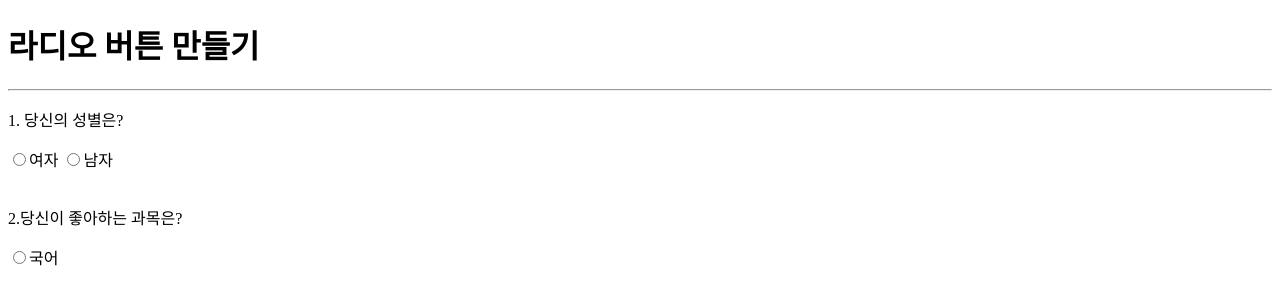
Repository: jp0301/WebStudy
Page: WebApp01/WebContent/Test023.html
The author's editor kept a copy of each file at every save. The page is drawn from the files as they stood at one save, then again after the next save.
The browser window is 1280 px wide. The pictures show the whole page.

Above is the page before, as saved 2022-09-27 06:23:48.

After the next save:
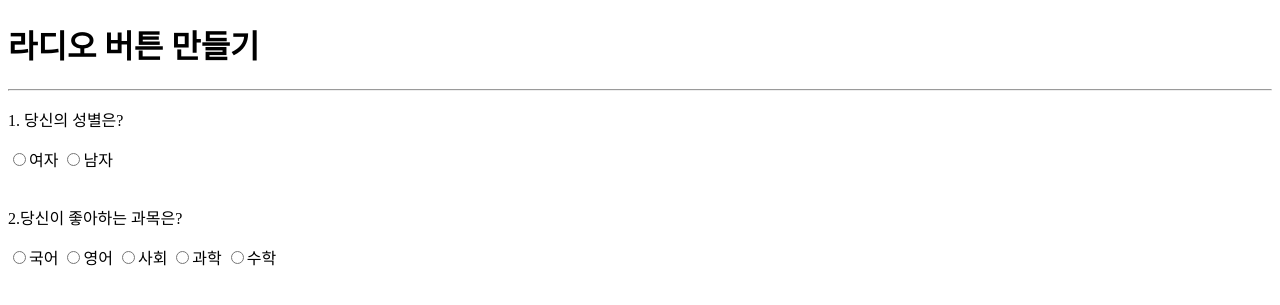
Saved 23 s later.
--- a/WebApp01/WebContent/Test023.html
+++ b/WebApp01/WebContent/Test023.html
@@ -21,6 +21,10 @@
 
 			<p>2.당신이 좋아하는 과목은?</p>
 			<input type="radio">국어
+			<input type="radio">영어
+			<input type="radio">사회
+			<input type="radio">과학
+			<input type="radio">수학
 		</form>
 	</div>
 
